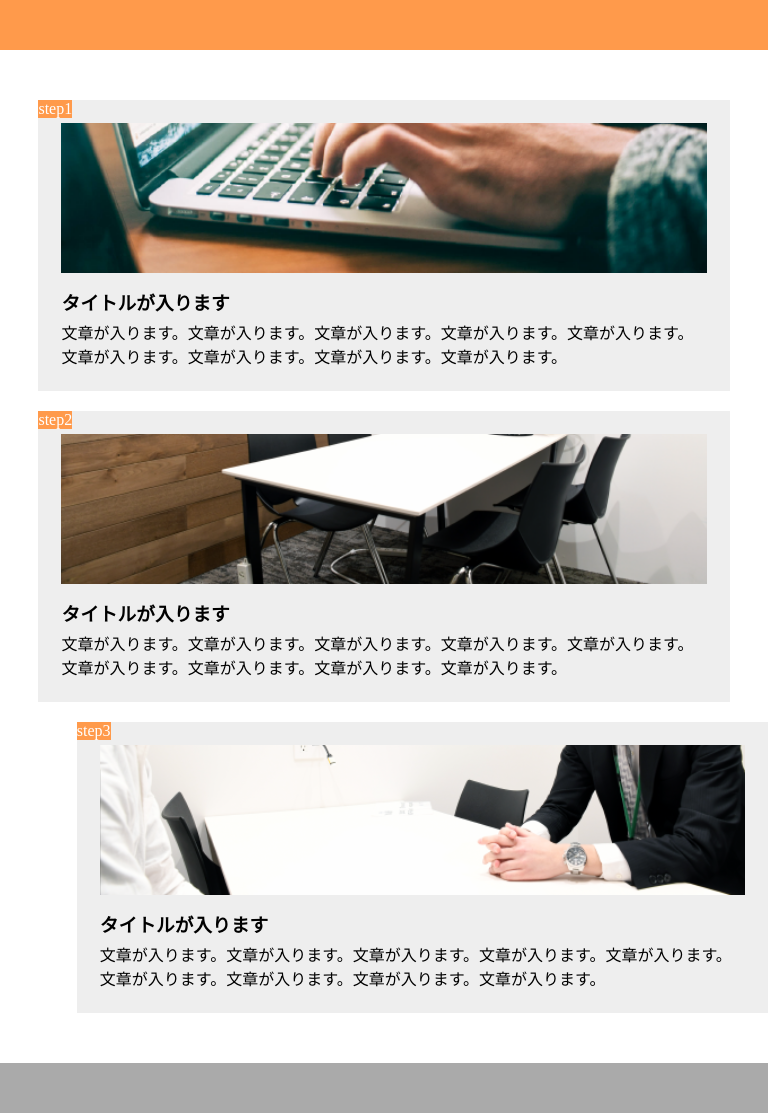
Repository: yuurisyachi/git
Page: chapter9/chapter9_exercise.html
The author's editor kept a record of every edit. The page is drawn from the files as they stood at one moment, then again after the next edit.
The browser window is 768 px wide. The pictures show the whole page.

Above is the page before.

After the next edit:
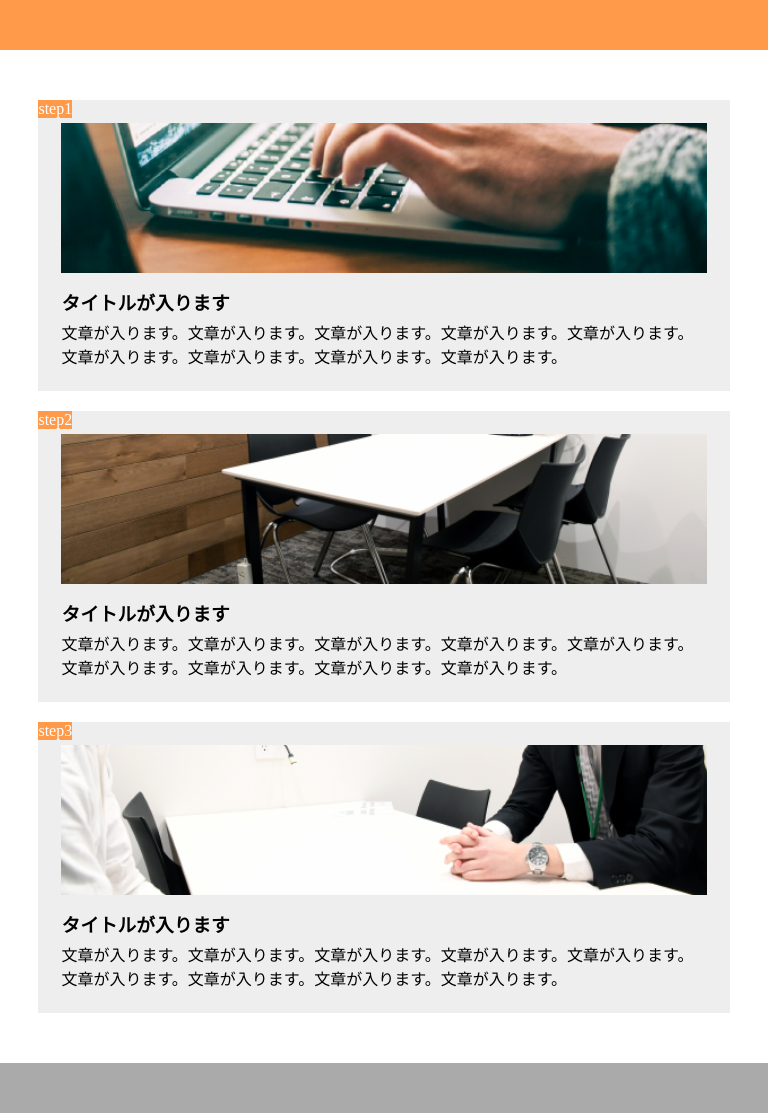
The edit:
--- a/chapter9/chapter9_exercise.css
+++ b/chapter9/chapter9_exercise.css
@@ -80,4 +80,9 @@
     padding: 3%;
   }
 
+  .step-box:last-child {
+     width: 90%;
+    margin: 0 auto 20px;
+    padding: 3%;
+  }
 }
